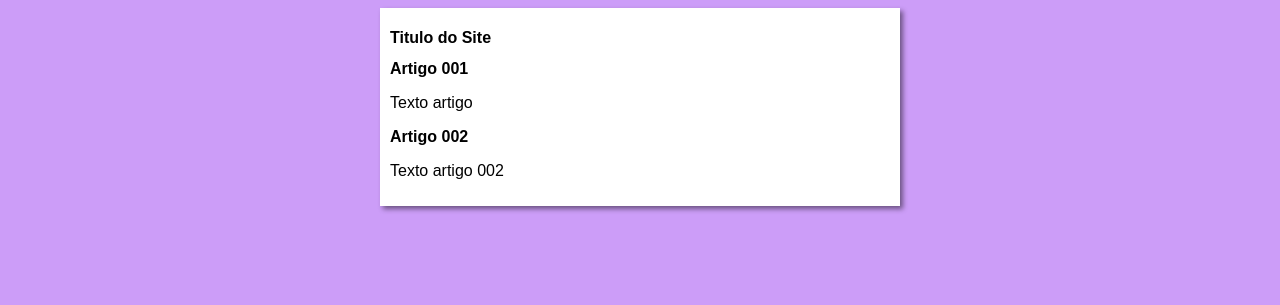
Repository: robertacristinaabreu01/projeto-siteGitHub
Page: index.html
An editor plug-in stored every save of this project. The page is shown before and after the next save, followed by the edit.
The browser window is 1280 px wide. The pictures show the whole page.

Above is the page before, as saved 2021-01-23 21:53:44.

After the next save:
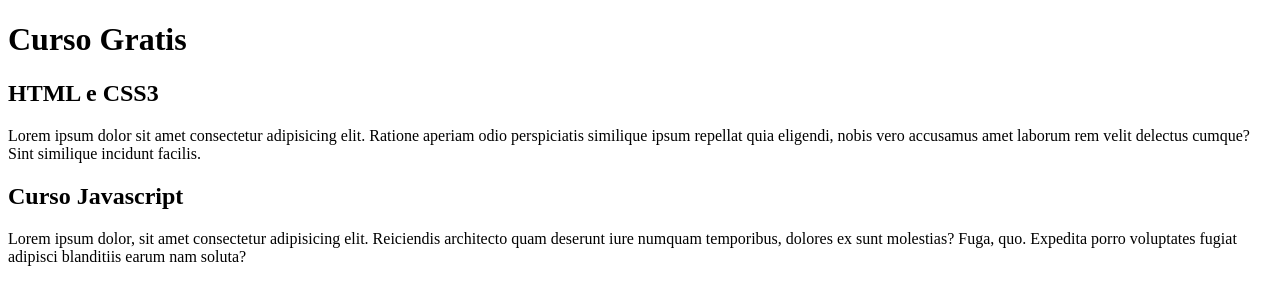
Saved 114 s later.
--- a/index.html
+++ b/index.html
@@ -4,22 +4,21 @@
 <head>
     <meta charset="UTF-8">
     <meta name="viewport" content="width=device-width, initial-scale=1.0">
-    <title>Titulo do Site</title>
-    <link rel="stylesheet" href="estilos/style.css">
+    <title></title>
 </head>
 
 <body>
     <main>
         <header>
-            <h1>Titulo do Site</h1>
+            <h1>Curso Gratis</h1>
         </header>
         <article>
-            <h1>Artigo 001</h1>
-            <p>Texto artigo</p>
+            <h1>HTML e CSS3</h1>
+            <p>Lorem ipsum dolor sit amet consectetur adipisicing elit. Ratione aperiam odio perspiciatis similique ipsum repellat quia eligendi, nobis vero accusamus amet laborum rem velit delectus cumque? Sint similique incidunt facilis.</p>
         </article>
         <article>
-            <h1>Artigo 002</h1>
-            <p>Texto artigo 002</p>
+            <h1>Curso Javascript</h1>
+            <p>Lorem ipsum dolor, sit amet consectetur adipisicing elit. Reiciendis architecto quam deserunt iure numquam temporibus, dolores ex sunt molestias? Fuga, quo. Expedita porro voluptates fugiat adipisci blanditiis earum nam soluta?</p>
         </article>
     </main>
 </body>

After the 4 saves that followed:
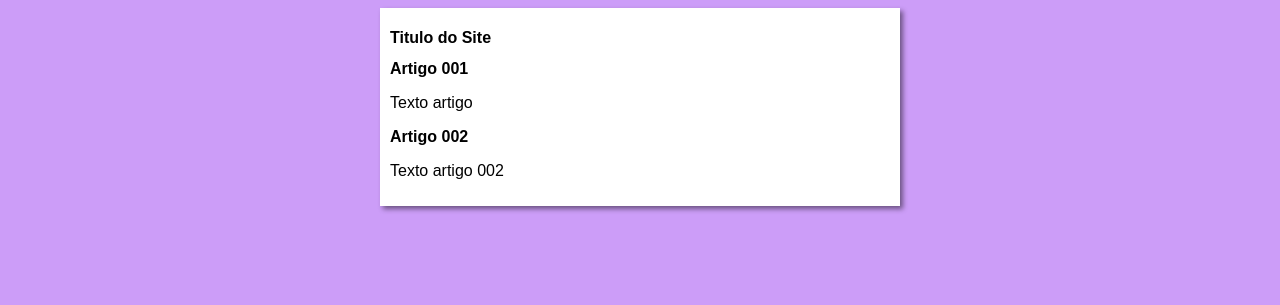
The 4 saves are shown as one change because 2 left the picture as it was and some came seconds apart.
The last was saved 2 min 27 s later.
--- a/index.html
+++ b/index.html
@@ -5,20 +5,21 @@
     <meta charset="UTF-8">
     <meta name="viewport" content="width=device-width, initial-scale=1.0">
     <title></title>
+    <link rel="stylesheet" href="estilos/style.css">
 </head>
 
 <body>
     <main>
         <header>
-            <h1>Curso Gratis</h1>
+            <h1>Titulo do Site</h1>
         </header>
         <article>
-            <h1>HTML e CSS3</h1>
-            <p>Lorem ipsum dolor sit amet consectetur adipisicing elit. Ratione aperiam odio perspiciatis similique ipsum repellat quia eligendi, nobis vero accusamus amet laborum rem velit delectus cumque? Sint similique incidunt facilis.</p>
+            <h1>Artigo 001</h1>
+            <p>Texto artigo</p>
         </article>
         <article>
-            <h1>Curso Javascript</h1>
-            <p>Lorem ipsum dolor, sit amet consectetur adipisicing elit. Reiciendis architecto quam deserunt iure numquam temporibus, dolores ex sunt molestias? Fuga, quo. Expedita porro voluptates fugiat adipisci blanditiis earum nam soluta?</p>
+            <h1>Artigo 002</h1>
+            <p>Texto artigo 002</p>
         </article>
     </main>
 </body>
